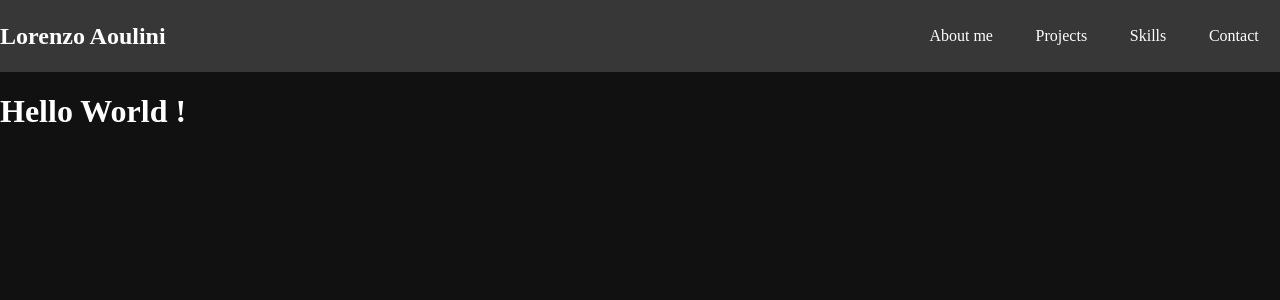
Repository: lolo298/lolo298.github.io
Page: index.html
These files come from the project's save history. The page is drawn as it stood at one moment and after the next save; the edit follows.
The browser window is 1280 px wide. The pictures show the whole page.

Above is the page before, as saved 2022-05-10 13:13:08.

After the next save:
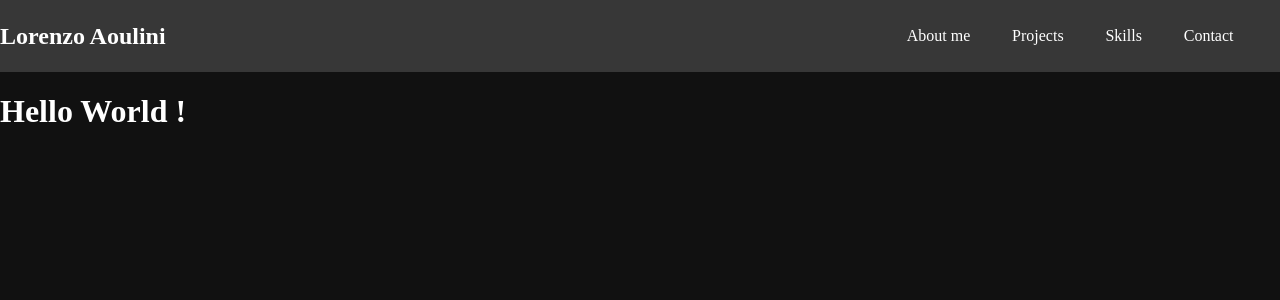
Saved 20 s later.
--- a/css/style.css
+++ b/css/style.css
@@ -38,6 +38,7 @@ body {
     flex-direction: row-reverse;
     align-items: center;
     list-style: none;
+    margin-right: 2%;
     height: 100%;
 }
 
